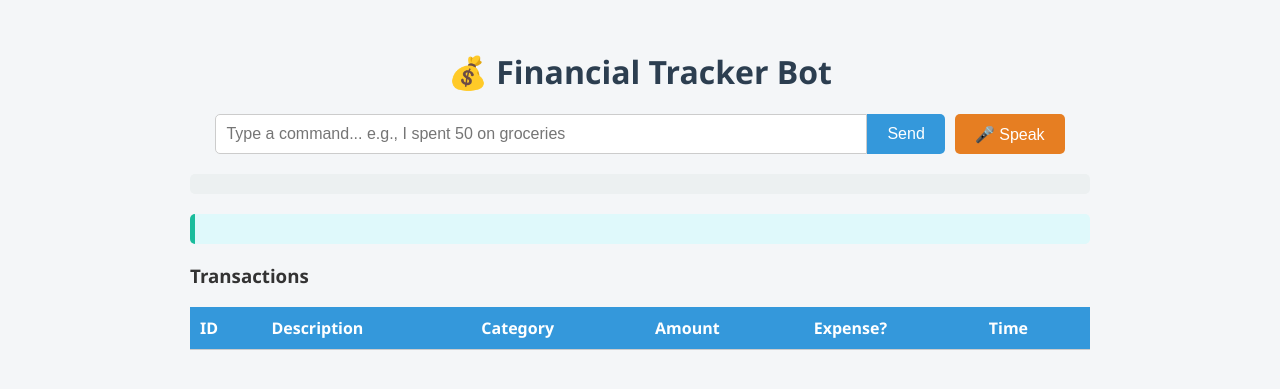
Repository: Aroxy22/finance-tracker
Page: backend/index.html
These files come from the project's save history. The page is drawn as it stood at one moment and after the next save; the edit follows.
The browser window is 1280 px wide. The pictures show the whole page.
The page's requests for data from a server got no answer.

Above is the page before, as saved 2025-09-08 19:09:31.

After the next save:
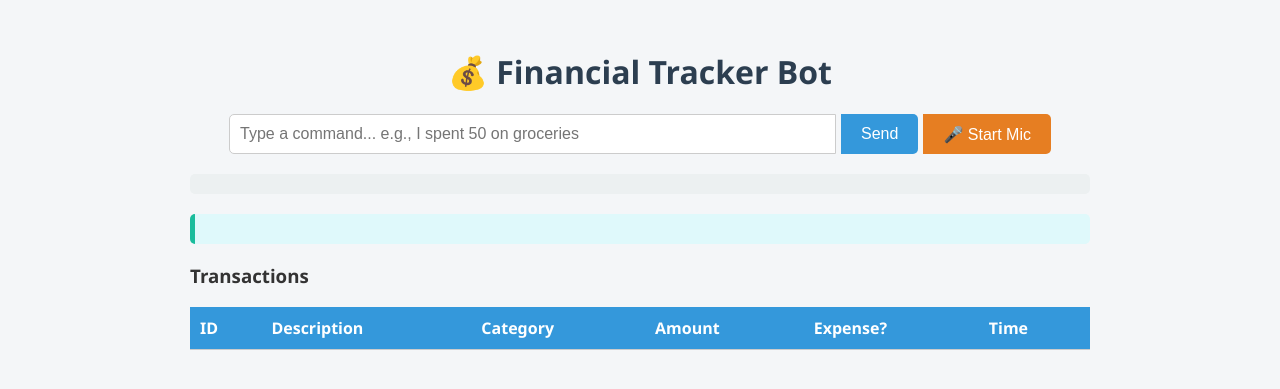
Saved 102 s later.
--- a/backend/index.html
+++ b/backend/index.html
@@ -29,7 +29,7 @@ h1 {
 }
 input[type=text] {
     padding: 10px;
-    width: 70%;
+    width: 65%;
     border: 1px solid #ccc;
     border-radius: 5px 0 0 5px;
     font-size: 16px;
@@ -43,17 +43,16 @@ button {
     font-size: 16px;
     border-radius: 0 5px 5px 0;
     transition: background 0.3s;
+    margin-left: 5px;
 }
 button:hover {
-    background-color: #2980b9;
+    opacity: 0.9;
 }
 #speechBtn {
     background-color: #e67e22;
-    border-radius: 5px;
-    margin-left: 10px;
-}
-#speechBtn:hover {
-    background-color: #d35400;
+}
+#speechBtn.stop {
+    background-color: #c0392b;
 }
 #response {
     margin: 20px 0;
@@ -97,7 +96,7 @@ button:hover {
     <div class="input-group">
         <input type="text" id="textInput" placeholder="Type a command... e.g., I spent 50 on groceries">
         <button onclick="sendText()">Send</button>
-        <button id="speechBtn">🎤 Speak</button>
+        <button id="speechBtn">🎤 Start Mic</button>
     </div>
     <div id="response"></div>
     <div id="summary"></div>
@@ -123,6 +122,65 @@ const responseDiv = document.getElementById("response");
 const txBody = document.getElementById("txBody");
 const summaryDiv = document.getElementById("summary");
 const textInput = document.getElementById("textInput");
+const speechBtn = document.getElementById("speechBtn");
+
+let recognition;
+let micActive = false;
+
+if('webkitSpeechRecognition' in window){
+    recognition = new webkitSpeechRecognition();
+    recognition.continuous = false;
+    recognition.interimResults = true;
+    recognition.lang = "en-US";
+
+    recognition.onresult = function(event){
+        let transcript = "";
+        for(let i=0;i<event.results.length;i++){
+            transcript += event.results[i][0].transcript;
+        }
+        textInput.value = transcript;
+        if(event.results[0].isFinal){
+            sendCommand(transcript);
+            textInput.value = "";
+        }
+    };
+
+    recognition.onerror = function(event){
+        alert("Speech error: "+event.error);
+        stopMic();
+    };
+
+    recognition.onend = function(){
+        if(micActive){
+            recognition.start();
+        }
+    };
+}else{
+    speechBtn.disabled = true;
+    speechBtn.innerText = "Speech not supported";
+}
+
+speechBtn.onclick = function(){
+    if(!micActive){
+        startMic();
+    } else {
+        stopMic();
+    }
+};
+
+function startMic(){
+    micActive = true;
+    speechBtn.innerText = "🛑 Stop Mic";
+    speechBtn.classList.add("stop");
+    recognition.start();
+}
+
+function stopMic(){
+    micActive = false;
+    speechBtn.innerText = "🎤 Start Mic";
+    speechBtn.classList.remove("stop");
+    recognition.stop();
+}
 
 async function sendCommand(text) {
     const res = await fetch("/api/command", {
@@ -161,7 +219,7 @@ async function listTransactions(){
                 <td>${tx.id}</td>
                 <td>${tx.desc}</td>
                 <td>${tx.category}</td>
-                <td class="${tx.is_expense?'expense':'income'}">${tx.amount?.toFixed(2) || 0}</td>
+                <td class="${tx.is_expense?'expense':'income'}">${tx.amount?.toFixed(2)||0}</td>
                 <td>${tx.is_expense ? "Yes" : "No"}</td>
                 <td>${new Date(tx.ts).toLocaleString()}</td>
             `;
@@ -187,31 +245,6 @@ async function showSummary(){
     }
 }
 
-const speechBtn = document.getElementById("speechBtn");
-if('webkitSpeechRecognition' in window){
-    const recognition = new webkitSpeechRecognition();
-    recognition.continuous = false;
-    recognition.interimResults = true;
-    recognition.lang = "en-US";
-
-    recognition.onresult = function(event){
-        let transcript = "";
-        for(let i=0;i<event.results.length;i++){
-            transcript += event.results[i][0].transcript;
-        }
-        textInput.value = transcript;
-        if(event.results[0].isFinal){
-            sendCommand(transcript);
-            textInput.value = "";
-        }
-    };
-    recognition.onerror = function(event){ alert("Speech error: "+event.error); };
-    speechBtn.onclick = () => recognition.start();
-}else{
-    speechBtn.disabled = true;
-    speechBtn.innerText = "Speech not supported";
-}
-
 listTransactions();
 showSummary();
 </script>
